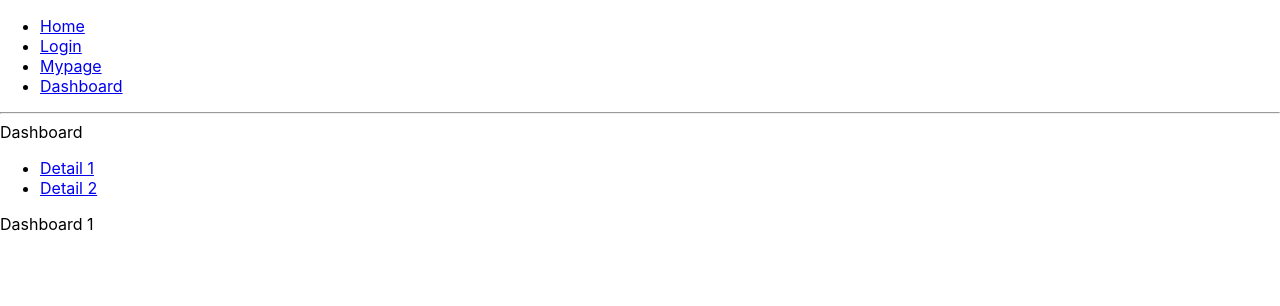
Repository: yeomi92/react_project
Page: /Dashboard/1
The author's editor kept a copy of each file at every save. The page is drawn from the files as they stood at one save, then again after a run of saves.
The browser window is 1280 px wide. The pictures show the whole page.
The project was rebuilt for these pictures with package versions that can differ from the ones it lists, and the page was loaded fresh each time. A package was used in the major version that the imports need, not the one package.json lists. Also part of the build but not shown: src/pages/Home.js, src/pages/Login.js, src/pages/Mypage.js, src/App.css.

Above is the page before, as saved 2018-11-23 15:15:57.

After the next 2 saves:
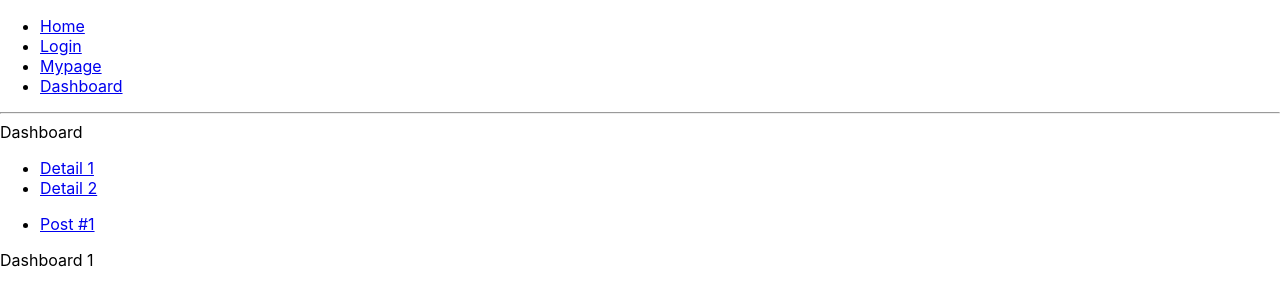
The 2 saves are shown as one change because 1 did not build or start.
The last was saved 21 min 33 s later.
--- a/src/pages/Dashboard.js
+++ b/src/pages/Dashboard.js
@@ -20,6 +20,10 @@ class Dashboard extends Component {
                         <li><Link to={`${this.match.url}/1`}>Detail 1</Link></li>
                         <li><Link to={`${this.match.url}/2`}>Detail 2</Link></li>
                     </ul>
+
+                    <ul>
+                            <li><Link to={`${this.match.url}/1`}>Post #1</Link></li>
+                    </ul>
                 </div>
                 <Route exact path={`${this.match.url}`} render={()=><div>고르시오</div>}/>
                 <Route path={`${this.match.url}/:num`} component={DashboardDetail}/>
